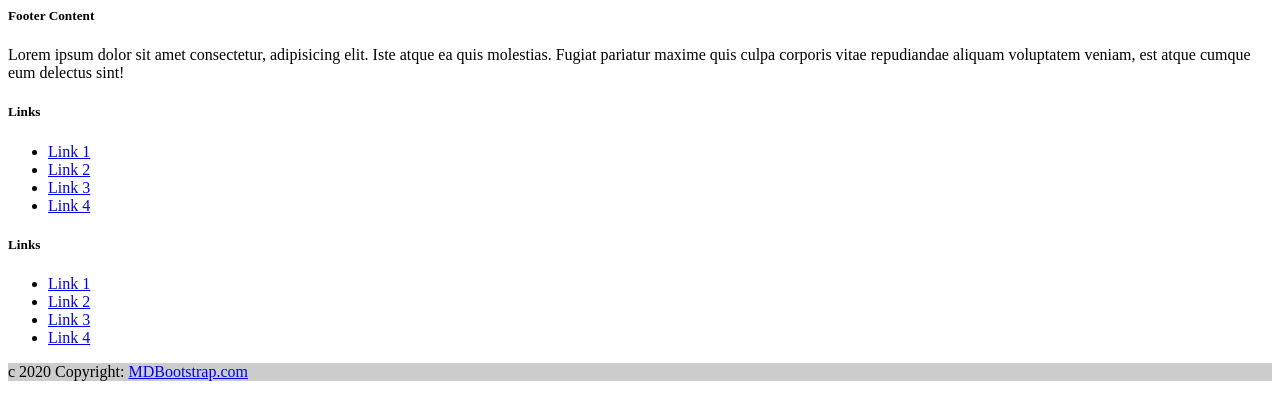
Repository: LucasV26/Projeto_TFT_3
Page: TFTbuilder/WebContent/Views/foot.html
These files come from the project's save history. The page is drawn as it stood at one moment and after the next save; the edit follows.
The browser window is 1280 px wide. The pictures show the whole page.

Above is the page before, as saved 2021-01-24 04:46:16.

After the next save:
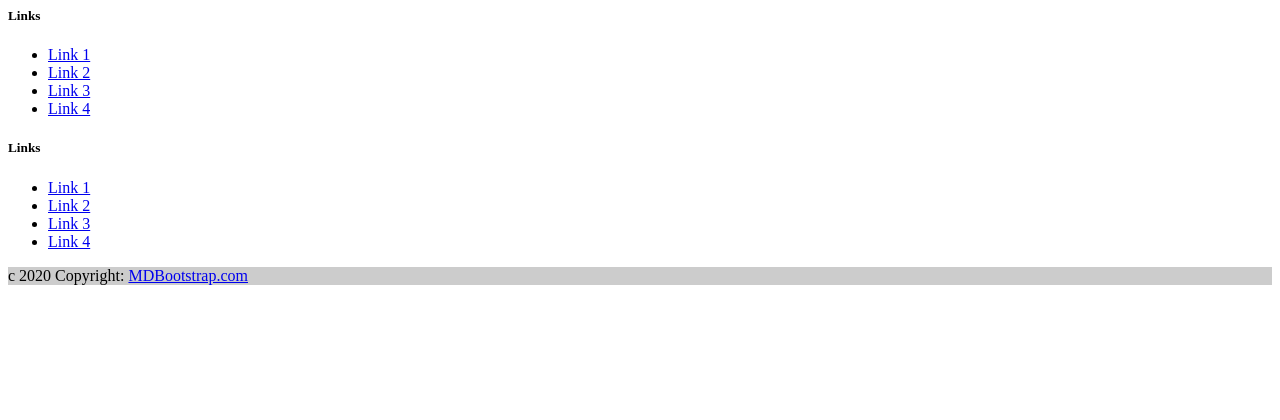
Saved 34 s later.
--- a/TFTbuilder/WebContent/Views/foot.html
+++ b/TFTbuilder/WebContent/Views/foot.html
@@ -4,17 +4,6 @@
 		  <div class="container p-4">
 		    <!--Grid row-->
 		    <div class="row">
-		      <!--Grid column-->
-		      <div class="col-lg-6 col-md-12 mb-4 mb-md-0">
-		        <h5 class="text-uppercase">Footer Content</h5>
-
-		        <p>
-		          Lorem ipsum dolor sit amet consectetur, adipisicing elit. Iste atque ea quis
-		          molestias. Fugiat pariatur maxime quis culpa corporis vitae repudiandae aliquam
-		          voluptatem veniam, est atque cumque eum delectus sint!
-		        </p>
-		      </div>
-		      <!--Grid column-->
 
 		      <!--Grid column-->
 		      <div class="col-lg-3 col-md-6 mb-4 mb-md-0">
